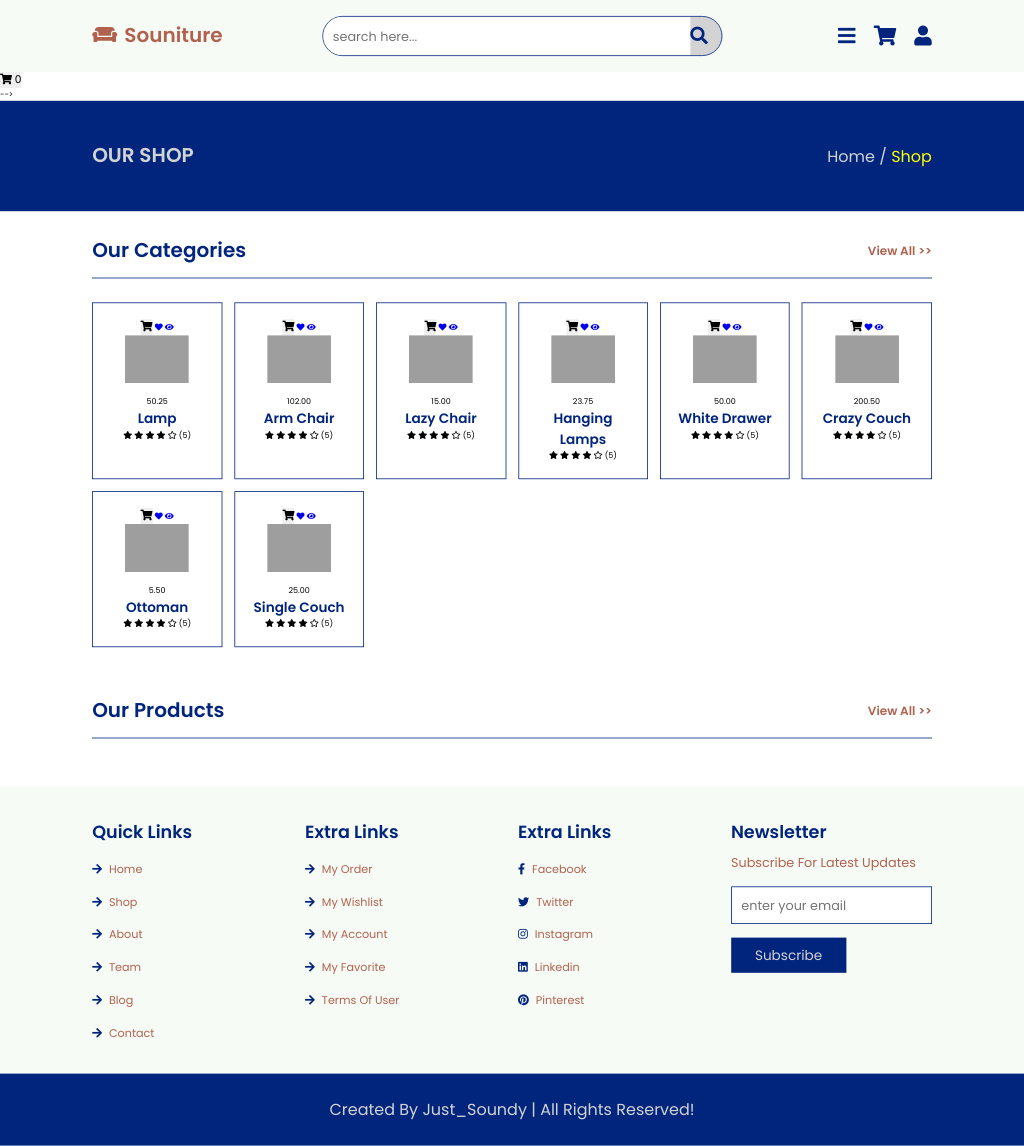
Repository: spencersoundy/furniture-store
Page: shop.html
The author's editor kept a copy of each file at every save. The page is drawn from the files as they stood at one save, then again after the next save.
The browser window is 1280 px wide. The pictures show the whole page, at 80% of full size.
Pictures or frames that could not be fetched are drawn as grey boxes.

Above is the page before, as saved 2023-05-02 15:53:26.
Console error: TypeError: Cannot read properties of null (reading 'addEventListener')

### shop.html
<!DOCTYPE html>
<html lang="en">
<head>
    <meta charset="UTF-8">
    <meta http-equiv="X-UA-Compatible" content="IE=edge">
    <meta name="viewport" content="width=device-width, initial-scale=1.0">
    <title>shop</title>

    <!-- font awesome cdn link  -->
    <link rel="stylesheet" href="https://cdnjs.cloudflare.com/ajax/libs/font-awesome/5.15.4/css/all.min.css">

    <!-- custom css file link  -->
    <link rel="stylesheet" href="css/style.css">

</head>
<body>

<!-- header section starts  -->

<header class="header">

    <a href="home.html" class="logo"> <i class="fas fa-couch"></i> Souniture </a>

    <form action="" class="search-form">
        <input type="search" placeholder="search here..." id="search-box">
        <label for="search-box" class="fas fa-search"></label>
    </form>

    <div class="icons">
        <div id="menu-btn" class="fas fa-bars"></div>
        <div id="search-btn" class="fas fa-search"></div>
        <div id="cart-btn" class="fas fa-shopping-cart"><span id="cart-"></span></div>
        <div id="login-btn" class="fas fa-user"></div>
    </div>

</header>

<!-- header section ends  -->

<!-- closer btn  -->

<div id="closer" class="fas fa-times"></div>

<!-- navbar  -->

<nav class="navbar">
    <a href="home.html">home</a>
    <a href="shop.html">shop</a>
    <a href="about.html">about</a>
    <a href="team.html">team</a>
    <a href="blog.html">blog</a>
    <a href="contact.html">contact</a>
</nav>

<!-- shopping cart  -->
<div class = "cart">
    <button type = "button" id = "cart-btn">
      <i class = "fas fa-shopping-cart"></i>
      <span id = "cart-count-info"></span>
    </button></div>

<div class="shopping-cart">
    <div class="cart-list">

    <div class="box">
        <i class="fas fa-times"></i>
        <img src="image/cart-img-1.jpg" alt="">
        <div class="content">
            <h3>morden furniture</h3>
            <span class="quantity"> 1 </span>
            <span class="multiply"> x </span>
            <span class="price"> $140.00 </span>
        </div>
    </div>
    </div>

        <div>
            <h3 class="cart-total">Total:R</h3>
            <span id="cart-total-value"></span>
            </div>
    <a href="#" class="btn">checkout cart</a>

</div> -->

<!-- login form  -->

<div class="login-form">

    <form action="">
        <h3>login form</h3>
        <input type="email" placeholder="enter your email" class="box">
        <input type="password" placeholder="enter your password" class="box">
        <div class="remember">
            <input type="checkbox" name="" id="remember-me">
            <label for="remember-me">remember me</label>
        </div>
        <input type="submit" value="login now" class="btn">
        <p>forget password? <a href="#">click here</a></p>
        <p>don't have an account? <a href="#">create now</a></p>
    </form>

</div>

<section class="heading">
    <h3>our shop</h3>
    <p> <a href="home.html">home</a> / <span>shop</span> </p>
</section>

<section class="category">

    <h1 class="title"> <span>our categories</span> <a href="#">view all >></a> </h1>

    <div class="box-container">

        <a href="#" class="box">
            <img src="image/icon-1.png" alt="">
            <h3>house sofa</h3>
        </a>

        <a href="#" class="box">
            <img src="image/icon-2.png" alt="">
            <h3>working table</h3>
        </a>

        <a href="#" class="box">
            <img src="image/icon-3.png" alt="">
            <h3>corner table</h3>
        </a>

        <a href="#" class="box">
            <img src="image/icon-4.png" alt="">
            <h3>office chair</h3>
        </a>

        <a href="#" class="box">
            <img src="image/icon-5.png" alt="">
            <h3>new wardrobe</h3>
        </a>

    </div>

</section>

<section class="products">

    <h1 class="title"> <span>our products</span> <a href="#">view all >></a> </h1>

    <div class="box-container">

        <!-- <div class="box">
            <div class="icons">
                <a href="#" class="fas fa-shopping-cart"></a>
                <a href="#" class="fas fa-heart"></a>
                <a href="#" class="fas fa-eye"></a>
            </div>
            <div class="image">
                <img src="image/product-1.jpg" alt="">
            </div>
            <div class="content">
                <div class="price">R2380.00</div>
                <h3>modern furniture</h3>
                <div class="stars">
                    <i class="fas fa-star"></i>
                    <i class="fas fa-star"></i>
                    <i class="fas fa-star"></i>
                    <i class="fas fa-star"></i>
                    <i class="far fa-star"></i>
                    <span> (50) </span>
                </div>
            </div>
        </div>

        <div class="box">
            <div class="icons">
                <a href="#" class="fas fa-shopping-cart"></a>
                <a href="#" class="fas fa-heart"></a>
                <a href="#" class="fas fa-eye"></a>
            </div>
            <div class="image">
                <img src="image/product-2.jpg" alt="">
            </div>
            <div class="content">
                <div class="price">R2380.00</div>
                <h3>modern furniture</h3>
                <div class="stars">
                    <i class="fas fa-star"></i>
                    <i class="fas fa-star"></i>
                    <i class="fas fa-star"></i>
                    <i class="fas fa-star"></i>
                    <i class="far fa-star"></i>
                    <span> (50) </span>
                </div>
            </div>
        </div>

        <div class="box">
            <div class="icons">
                <a href="#" class="fas fa-shopping-cart"></a>
                <a href="#" class="fas fa-heart"></a>
                <a href="#" class="fas fa-eye"></a>
            </div>
            <div class="image">
                <img src="image/product-3.jpg" alt="">
            </div>
            <div class="content">
                <div class="price">R2380.00</div>
                <h3>modern furniture</h3>
                <div class="stars">
                    <i class="fas fa-star"></i>
                    <i class="fas fa-star"></i>
                    <i class="fas fa-star"></i>
                    <i class="fas fa-star"></i>
                    <i class="far fa-star"></i>
                    <span> (50) </span>
                </div>
            </div>
        </div>

        <div class="box">
            <div class="icons">
                <a href="#" class="fas fa-shopping-cart"></a>
                <a href="#" class="fas fa-heart"></a>
                <a href="#" class="fas fa-eye"></a>
            </div>
            <div class="image">
                <img src="image/product-4.jpg" alt="">
            </div>
            <div class="content">
                <div class="price">R2380.00</div>
                <h3>modern furniture</h3>
                <div class="stars">
                    <i class="fas fa-star"></i>
                    <i class="fas fa-star"></i>
                    <i class="fas fa-star"></i>
                    <i class="fas fa-star"></i>
                    <i class="far fa-star"></i>
                    <span> (50) </span>
                </div>
            </div>
        </div>

        <div class="box">
            <div class="icons">
                <a href="#" class="fas fa-shopping-cart"></a>
                <a href="#" class="fas fa-heart"></a>
                <a href="#" class="fas fa-eye"></a>
            </div>
            <div class="image">
                <img src="image/product-5.jpg" alt="">
            </div>
            <div class="content">
                <div class="price">R2380.00</div>
                <h3>modern furniture</h3>
                <div class="stars">
                    <i class="fas fa-star"></i>
                    <i class="fas fa-star"></i>
                    <i class="fas fa-star"></i>
                    <i class="fas fa-star"></i>
                    <i class="far fa-star"></i>
                    <span> (50) </span>
                </div>
            </div>
        </div>

        <div class="box">
            <div class="icons">
                <a href="#" class="fas fa-shopping-cart"></a>
                <a href="#" class="fas fa-heart"></a>
                <a href="#" class="fas fa-eye"></a>
            </div>
            <div class="image">
                <img src="image/product-6.jpg" alt="">
            </div>
            <div class="content">
                <div class="price">R2380.00</div>
                <h3>modern furniture</h3>
                <div class="stars">
                    <i class="fas fa-star"></i>
                    <i class="fas fa-star"></i>
                    <i class="fas fa-star"></i>
                    <i class="fas fa-star"></i>
                    <i class="far fa-star"></i>
                    <span> (50) </span>
                </div>
            </div>
        </div>

        <div class="box">
            <div class="icons">
                <a href="#" class="fas fa-shopping-cart"></a>
                <a href="#" class="fas fa-heart"></a>
                <a href="#" class="fas fa-eye"></a>
            </div>
            <div class="image">
                <img src="image/product-7.jpg" alt="">
            </div>
            <div class="content">
                <div class="price">R2380.00</div>
                <h3>modern furniture</h3>
                <div class="stars">
                    <i class="fas fa-star"></i>
                    <i class="fas fa-star"></i>
                    <i class="fas fa-star"></i>
                    <i class="fas fa-star"></i>
                    <i class="far fa-star"></i>
                    <span> (50) </span>
                </div>
            </div>
        </div>

        <div class="box">
            <div class="icons">
                <a href="#" class="fas fa-shopping-cart"></a>
                <a href="#" class="fas fa-heart"></a>
                <a href="#" class="fas fa-eye"></a>
            </div>
            <div class="image">
                <img src="image/product-8.jpg" alt="">
            </div>
            <div class="content">
                <div class="price">R2380.00</div>
                <h3>modern furniture</h3>
                <div class="stars">
                    <i class="fas fa-star"></i>
                    <i class="fas fa-star"></i>
                    <i class="fas fa-star"></i>
                    <i class="fas fa-star"></i>
                    <i class="far fa-star"></i>
                    <span> (50) </span>
                </div>
            </div>
        </div>-->

    </div>

</section>




















<!-- footer section  -->

<section class="footer">

    <div class="box-container">

        <div class="box">
            <h3>quick links</h3>
            <a href="home.html"> <i class="fas fa-arrow-right"></i> home</a>
            <a href="shop.html"> <i class="fas fa-arrow-right"></i> shop</a>
            <a href="about.html"> <i class="fas fa-arrow-right"></i> about</a>
            <a href="team.html"> <i class="fas fa-arrow-right"></i> team</a>
            <a href="blog.html"> <i class="fas fa-arrow-right"></i> blog</a>
            <a href="contact.html"> <i class="fas fa-arrow-right"></i> contact</a>
        </div>

        <div class="box">
            <h3>extra links</h3>
            <a href="#"> <i class="fas fa-arrow-right"></i> my order</a>
            <a href="#"> <i class="fas fa-arrow-right"></i> my wishlist</a>
            <a href="#"> <i class="fas fa-arrow-right"></i> my account</a>
            <a href="#"> <i class="fas fa-arrow-right"></i> my favorite</a>
            <a href="#"> <i class="fas fa-arrow-right"></i> terms of user</a>
        </div>

        <div class="box">
            <h3>extra links</h3>
            <a href="#"> <i class="fab fa-facebook-f"></i> facebook</a>
            <a href="#"> <i class="fab fa-twitter"></i> twitter</a>
            <a href="#"> <i class="fab fa-instagram"></i> instagram</a>
            <a href="#"> <i class="fab fa-linkedin"></i> linkedin</a>
            <a href="#"> <i class="fab fa-pinterest"></i> pinterest</a>
        </div>

        <div class="box">
            <h3>newsletter</h3>
            <p>subscribe for latest updates</p>
            <form action="">
                <input type="email" name="" placeholder="enter your email" id="">
                <input type="submit" value="subscribe" class="btn">
            </form>
        </div>

    </div>

</section>

<section class="credit">
    created by Just_Soundy | all rights reserved!
</section>

<!-- custom js file link  -->
<script src="js/script.js"></script>

</body>
</html>

Loaded but not shown: furniture.json (51 lines, source omitted); js/script.js (242 lines, source omitted); css/style.css (1189 lines, source omitted)

After the next save:
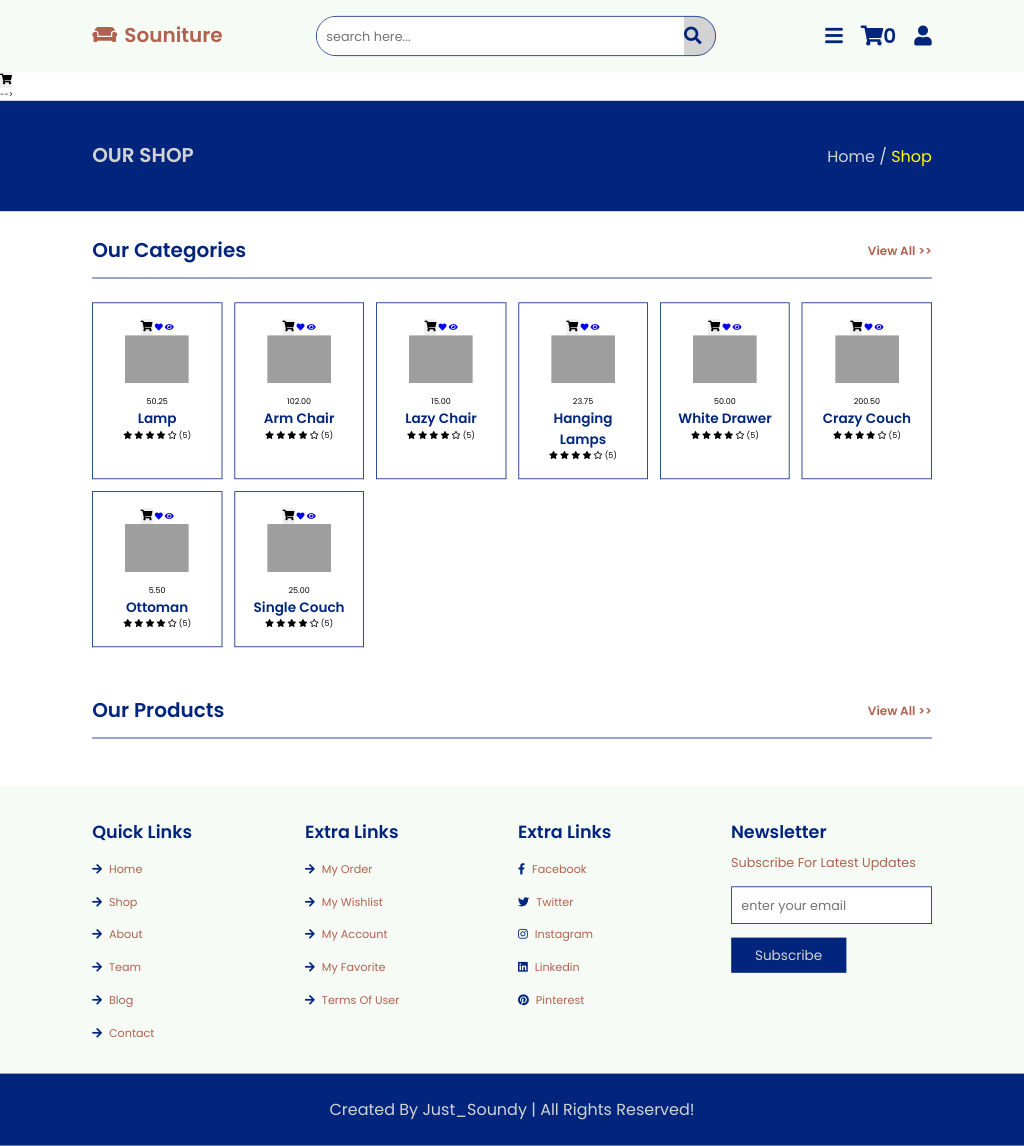
Saved 4 s later.
--- a/shop.html
+++ b/shop.html
@@ -29,7 +29,7 @@
     <div class="icons">
         <div id="menu-btn" class="fas fa-bars"></div>
         <div id="search-btn" class="fas fa-search"></div>
-        <div id="cart-btn" class="fas fa-shopping-cart"><span id="cart-"></span></div>
+        <div id="cart-btn" class="fas fa-shopping-cart"><span id="cart-count-info"></span></div>
         <div id="login-btn" class="fas fa-user"></div>
     </div>
 
